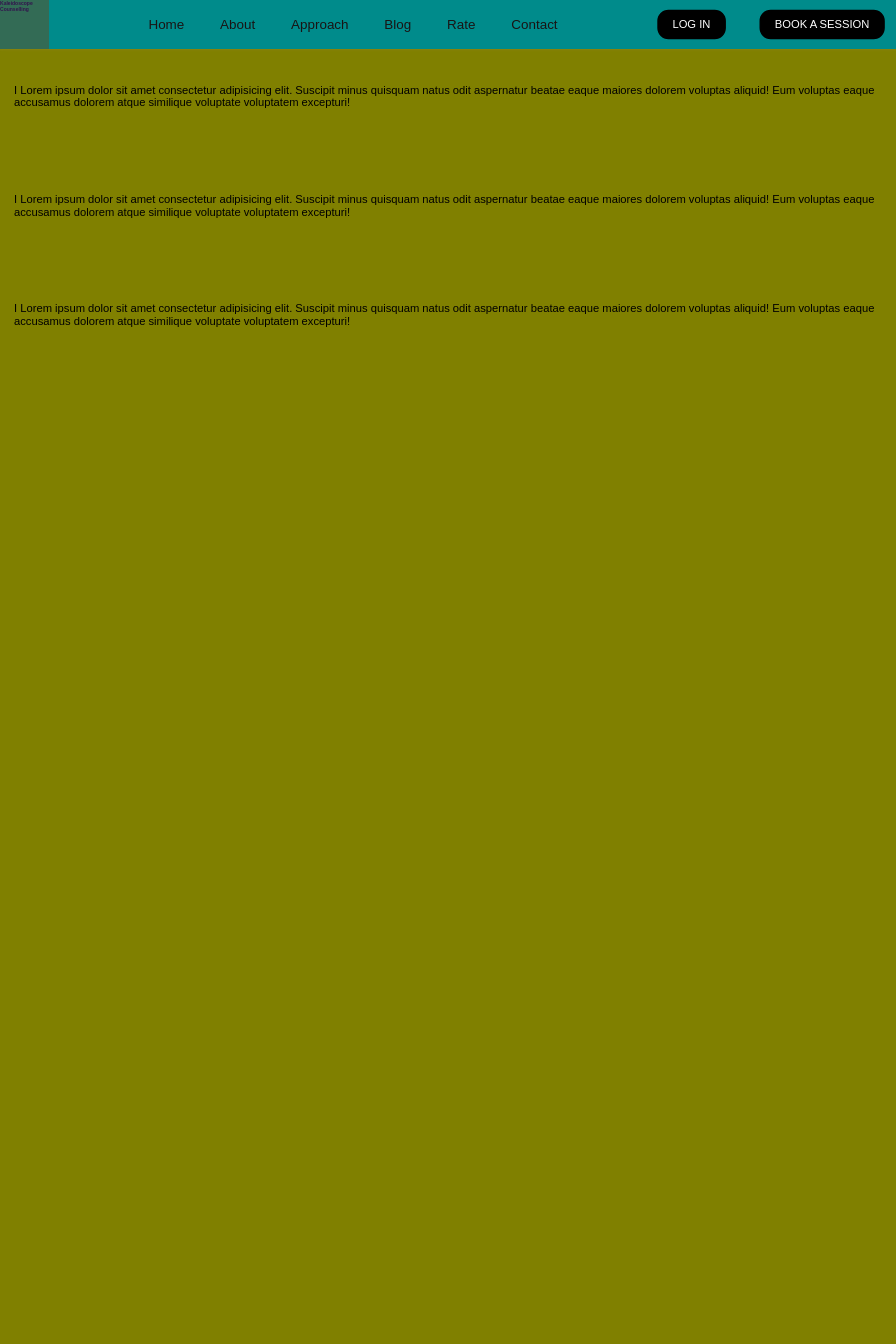
Repository: voutadi/ava-website
Page: index.html
The author's editor kept a copy of each file at every save. The page is drawn from the files as they stood at one save, then again after a run of saves.
The browser window is 1280 px wide. The pictures show the part of the page from y = 0 to 1920 px (the page is 3120 px tall), at 70% of full size.

Above is the page before, as saved 2024-11-24 22:14:24.

### index.html
<!DOCTYPE html>
<html lang="en">
  <head>
    <meta charset="UTF-8" />
    <meta name="viewport" content="width=device-width, initial-scale=1.0" />
    <link rel="stylesheet" href="styles/style.css" />

    <title>Kaleidoscope Counselling</title>
  </head>
  <body>
    <div class="header">
      <div class="logo-container">
        <div class="logo">
          Kaleidoscope <br />
          Counselling
        </div>
      </div>
      <div class="navbar">
        <ul>
          <li><a href="#home">Home</a></li>
          <li>
            <a
              href="https://www.psychologytoday.com/ca/therapists/ava-outadi-port-moody-bc/1111563"
              target="_blank"
              >About</a
            >
          </li>
          <li><a href="#approach">Approach</a></li>
          <li><a href="#blog">Blog</a></li>
          <li><a href="#rate">Rate</a></li>
          <li><a href="#contact">Contact</a></li>
        </ul>
      </div>
      <div class="appointment">
        <button class="login">LOG IN</button>
        <button class="book-session">BOOK A SESSION</button>
      </div>
    </div>

    <p>
      I Lorem ipsum dolor sit amet consectetur adipisicing elit. Suscipit minus
      quisquam natus odit aspernatur beatae eaque maiores dolorem voluptas
      aliquid! Eum voluptas eaque accusamus dolorem atque similique voluptate
      voluptatem excepturi!
    </p>
    <p>
      I Lorem ipsum dolor sit amet consectetur adipisicing elit. Suscipit minus
      quisquam natus odit aspernatur beatae eaque maiores dolorem voluptas
      aliquid! Eum voluptas eaque accusamus dolorem atque similique voluptate
      voluptatem excepturi!
    </p>
    <p>
      I Lorem ipsum dolor sit amet consectetur adipisicing elit. Suscipit minus
      quisquam natus odit aspernatur beatae eaque maiores dolorem voluptas
      aliquid! Eum voluptas eaque accusamus dolorem atque similique voluptate
      voluptatem excepturi!
    </p>
  </body>
</html>

### styles/style.css
* {
  margin: 0;
  padding: 0;
  box-sizing: border-box;
}
body {
  background-color: rgb(128,128,0);

  height: 3000px;
  font-family: Arial, Helvetica, sans-serif;
  font-size: 1rem;
}
.header {
  max-width: 100%; /*Make sure Take all of her parent element(body)on all different devices .*/
  height: 70px;
  position: fixed;
  top: 0;
  left: 0;
  right: 0;
  background-color: rgb(0,139,139);

  display: flex;
  justify-content: space-between;
  align-items: center;

  box-shadow: 0 2px 4px rgba(243, 172, 172, 0.15); /* Adds a subtle shadow for depth, optional */
}
.logo-container {
  width: 70px; /* Put condition for smaller or biger divice*/

  background-color: rgb(51, 107, 85);
  height: 70px;
}
.logo {
  color: rgb(50, 21, 77);
  font-size: 0.45rem;
  font-weight: bold;
}

.navbar ul {
  display: flex;
  flex: 1;
  justify-content: center;
  list-style-type: none;
  flex-wrap: wrap;
}
.navbar li {
  display: flex;
  justify-content: end;
  margin: 1rem;
}
.navbar a {
  font-size: 2px;
  color: rgb(25, 20, 20);
  font-weight: 500;

  text-decoration: none;
}
.navbar a:hover {
  background-color: rgb(192, 175, 175);
  padding: 2px 4px;
  border-radius: 6px;
  transition: 0.15s;
}

.navbar a:active {
  background-color: rgb(176, 163, 163);
}
.appointment{
  display: flex;
  flex-direction: row;
}
.login{
  background-color: black;
  color: rgb(255, 255, 255);
  font-size: 1rem;
  padding: 10px 20px;
  margin-right: 1rem;
  border-width: 2px;
  border-style: solid;

  cursor: pointer;

}

.book-session {

  background-color: black;
  color: rgb(255, 255, 255);
  font-size: 1rem;
  padding: 10px 20px;
  margin-right: 1rem;
  margin-left: 2rem;
  border-width: 2px;
  border-style: solid;

  cursor: pointer;
}
button:hover {
  background-color: white;

  color: black;
  transition: 0.15s;
  padding: 12px 24px;
}
button:active {
  padding: 18px 24px;
}
p {
  margin-top: 120px;
  margin-left: 20px;
}
@media (max-width: 380px) {
  body {
    font-size: 0.35rem;
  }
  /* Smaller font size */
}

button {
  font-size: 0.45rem;
  padding: 2px;
  margin-right: 0.3rem;
}
button:hover {
  font-size: 0.45rem;
  padding: 2px;
}
button:active {
  padding: 3px;
}
.navbar li {
  margin: 0.18rem;
}
.navbar a {
  font-size: 0.5rem;
}

@media (min-width: 381px) and (max-width: 600px) {
  body {
    font-size: 0.5rem;
  } /* Smaller font size */
  button {
    font-size: 0.5rem;
    padding: 2px 4px;
    margin-right: 0.5rem;
    border-radius: 10px;
  }
  button:hover {
    font-size: 0.5rem;
    padding: 2px;
  }
  button:active {
    padding: 3px;
  }
  .navbar li {
    margin: 0.3rem;
  }
  .navbar a {
    font-size: 0.6rem;
  }
}
@media (min-width: 601px) and (max-width: 910px) {
  body {
    font-size: 0.75rem;
  } /* Smaller font size */
  button {
    font-size: 0.75rem;
    padding: 2px 4px;
    margin-right: 0.75rem;
    border-radius: 10px;
  }
  button:hover {
    font-size: 0.75rem;
    padding: 2px;
  }
  button:active {
    padding: 3px;
  }
  .navbar li {
    margin: 0.5rem;
  }
  .navbar a {
    font-size: 0.8rem;
  }
}
@media (min-width: 911px) {
  .navbar a {
    font-size: 1.2rem;
  }
  .navbar li {
    margin: 1.6rem;
  }
  button {
    font-size: 1.2rem;
    font-weight: 600px;

    padding: 4px 8px;
    margin-right: 1rem;
    border-radius: 16px;
  }
  button:hover {
    font-size: 1.4rem;
    padding: 6px 10px;
  }
  button:active {
    padding: 3px;
  }
}

After the next 2 saves:
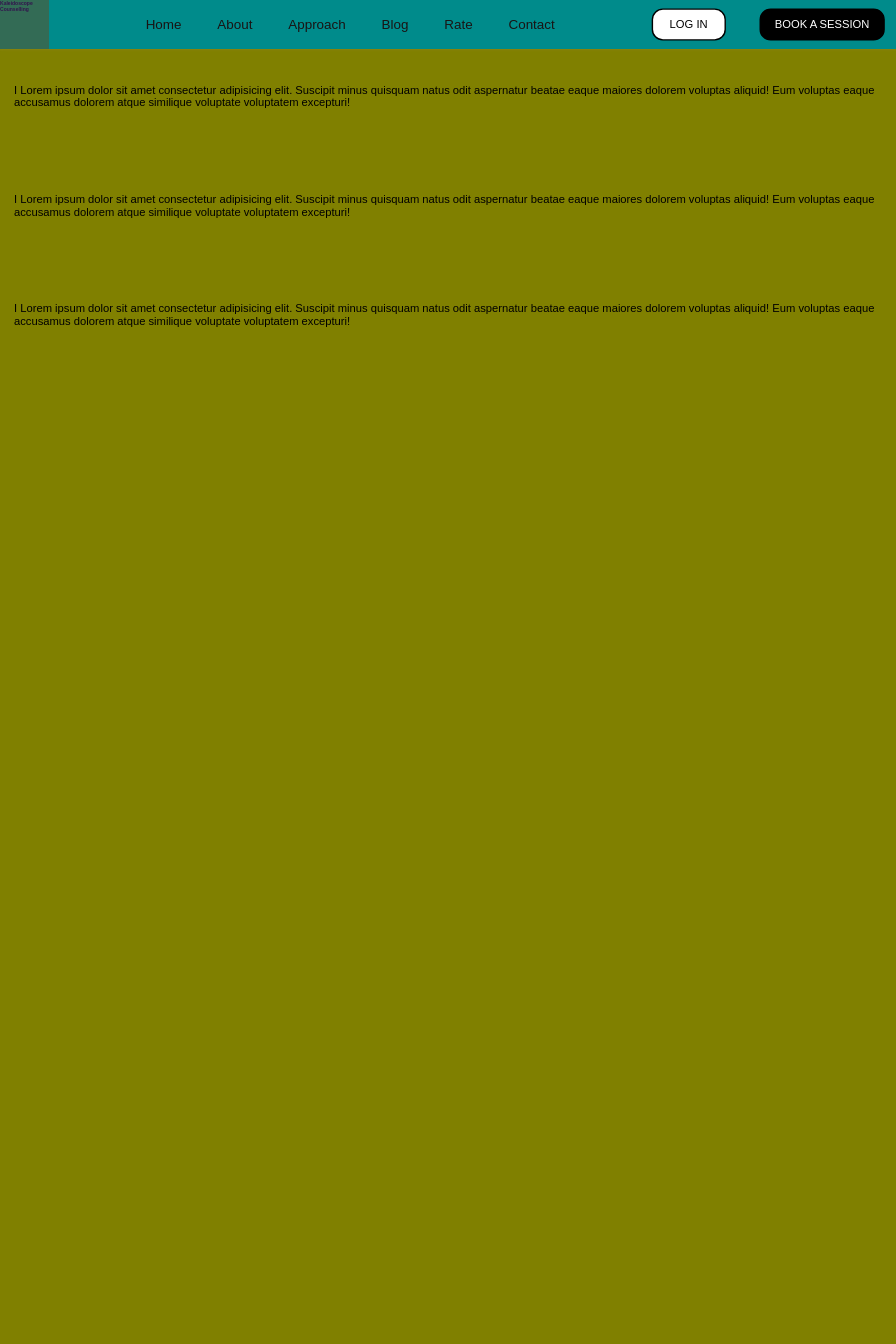
The 2 saves are shown as one change because they came seconds apart.
The last was saved 3 min 30 s later.
--- a/styles/style.css
+++ b/styles/style.css
@@ -96,7 +96,7 @@
 
   cursor: pointer;
 }
-button:hover {
+.login {
   background-color: white;
 
   color: black;

After the 3 saves that followed:
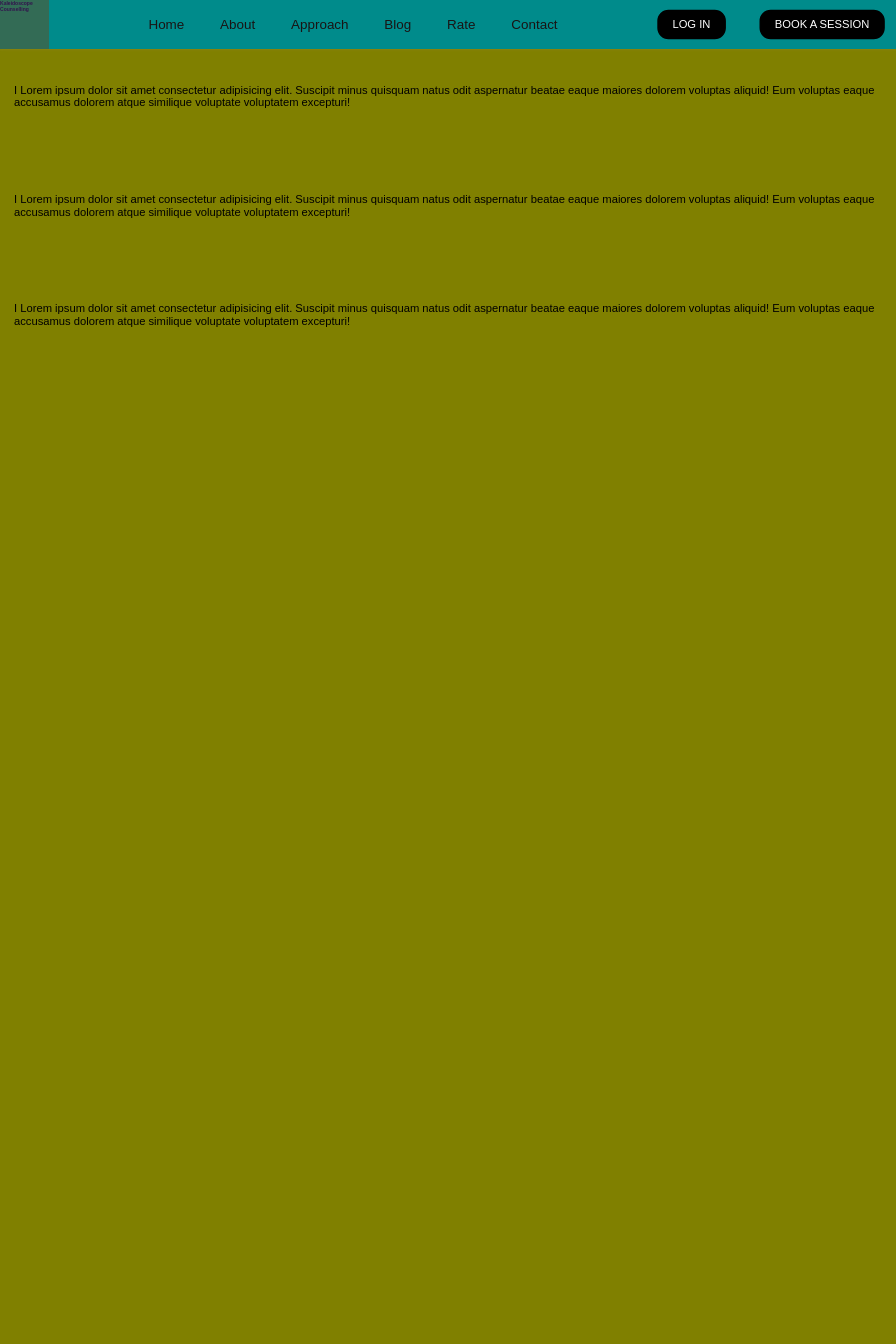
The 3 saves are shown as one change because they came seconds apart.
The last was saved 9 s later.
--- a/styles/style.css
+++ b/styles/style.css
@@ -96,7 +96,7 @@
 
   cursor: pointer;
 }
-.login {
+.login ho {
   background-color: white;
 
   color: black;
